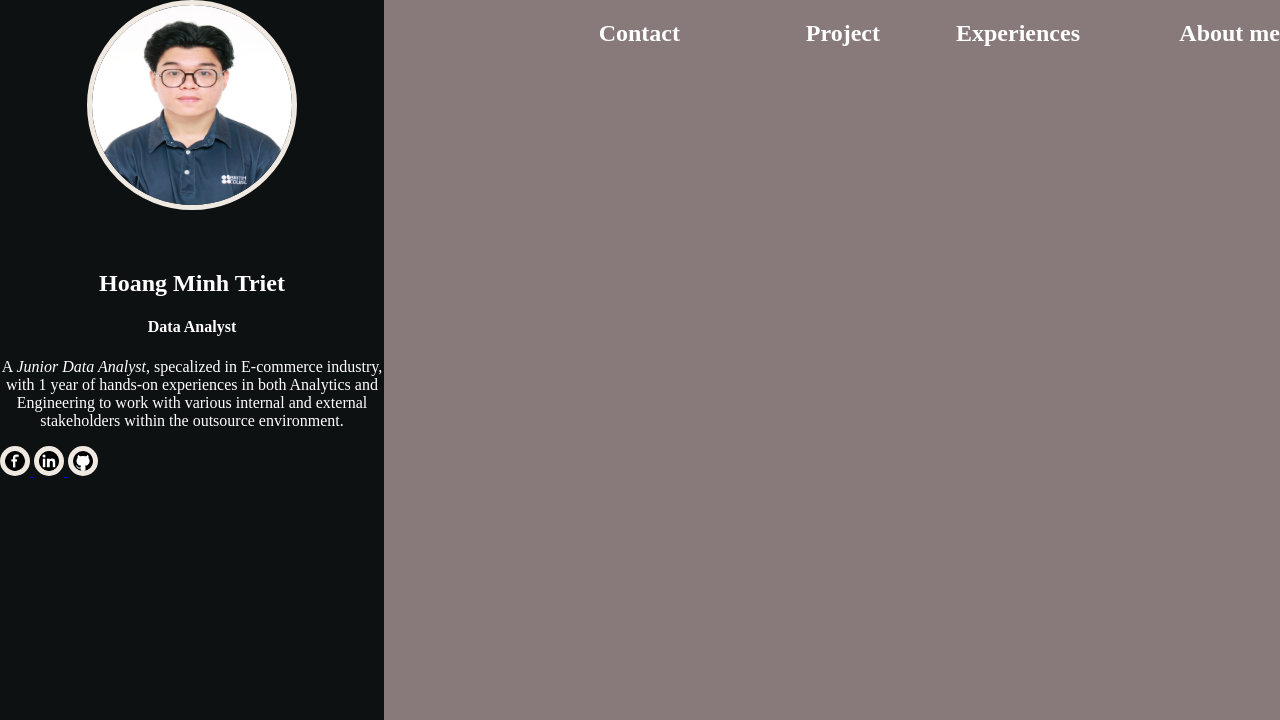
Repository: MinnTrit/personal_website
Page: http://localhost/
An editor plug-in stored every save of this project. The page is shown before and after the next save, followed by the edit.
The browser window is 1280 px wide. The pictures show the whole page.
The page is served by the project's application, run on Flask 3 (app.py).

Above is the page before, as saved 2025-01-28 23:53:15.

### templates/index.html
<!DOCTYPE html>
<html lang="en">
<head>
    <meta charset="UTF-8">
    <meta name="viewport" content="width=device-width, initial-scale=1.0">
    <link rel="stylesheet" href="{{ url_for('static', filename='css/styles.css') }}">
    <title>Data Engineer - Hoang Minh Triet</title>
</head>
<body>
    <div class="sections">
        <section class="aboutMe">
            <h2>About me</h2>
        </section>
        <section class="experiences">
            <h2>Experiences</h2>
        </section>
        <section class="projects">
            <h2>Project</h2>
        </section>
        <section class="contact">
            <h2>Contact</h2>
        </section>
    </div>
    <div class="picture">
        <img src="{{ url_for('static', filename='imgs/personal_image.jpg') }}" alt="personalImage">
        <div class="pictureText">
            <h2>Hoang Minh Triet</h2>
            <h4>Data Analyst</h4>
            <p>A <em>Junior Data Analyst</em>, specalized in E-commerce industry, with 1 year of hands-on experiences in both Analytics and Engineering to work with various internal and external stakeholders within the outsource environment.</p>
        </div>
        <div class="information">
            <a href="https://www.facebook.com/minhtriet05042003/" target="_blank">
                <img class="facebook" src="{{ url_for('static', filename='imgs/facebook.jpg') }}" alt="facebook">
            </a>
            <a href="https://www.linkedin.com/in/minchit0504/" target="_blank">
                <img class="linkedin" src="{{ url_for('static', filename='imgs/linkedin-logo.png') }}" alt="linkedin">
            </a>
            <a href="https://www.linkedin.com/in/minchit0504/" target="_blank">
                <img class="github" src="{{ url_for('static', filename='imgs/github.png') }}" alt="github">
            </a>
        </div>
    </div>
</body>
</html>

### app.py
from flask import Flask, request, render_template
app = Flask(__name__)
app.debug=True
#Initialize common variables
@app.route('/', methods=['GET', 'POST'])
def index():
    if request.method == 'GET':
        return render_template('index.html')

if __name__ == '__main__':
    app.run(host='0.0.0.0', port=5002, debug=True)

### static/css/styles.css
html, body {
    height: 100%;
    margin: 0;
    color: white;
}

.picture {
    background-color:#0e1111;
    width: 30%;
    height: 100%;
}

.picture img {
    display: block;
    width: 200px;
    height: 200px;
    margin-left: auto;
    margin-right: auto;
    border-radius: 50%;
    border: 5px solid;
    border-color:#efe9e2;
}

.picture .pictureText {
    margin-top: 60px;
    text-align: center;
}

.sections {
    position: absolute;
    top: 0;
    right: 0;
    background-color:#887a7a;
    width: 70%;
    height: 100%;
}

.aboutMe {
    position: absolute;
    right: 0px;
}

.experiences {
    position: absolute;
    right: 200px;
}

.projects {
    position: absolute;
    right: 400px;
}

.contact {
    position: absolute;
    right: 600px;
}

.picture .information {
    margin-top: auto;
    margin-left: auto;
    margin-right: auto;
    margin-bottom: auto;
}

.information img {
    width: 20px;
    height: 20px;
    display: inline-block;
}

/* .information .facebook {
    position: absolute;
    border-radius: 60%;
    width: 30px;
    height: 30px;
    top: 220px;
    left: 100px;
    border: 1px solid;
    border-color: white;
}

.information .linkedin {
    position: absolute;
    border-radius: 60%;
    width: 30px;
    height: 30px;
    top: 220px;
    left: 50px;
    border: 1px solid;
    border-color: white;
}

.information .github {
    position: absolute;
    border-radius: 60%;
    width: 30px;
    height: 30px;
    top: 220px;
    left: 150px;
    border: 1px solid;
    border-color: white;
} */

After the next save:
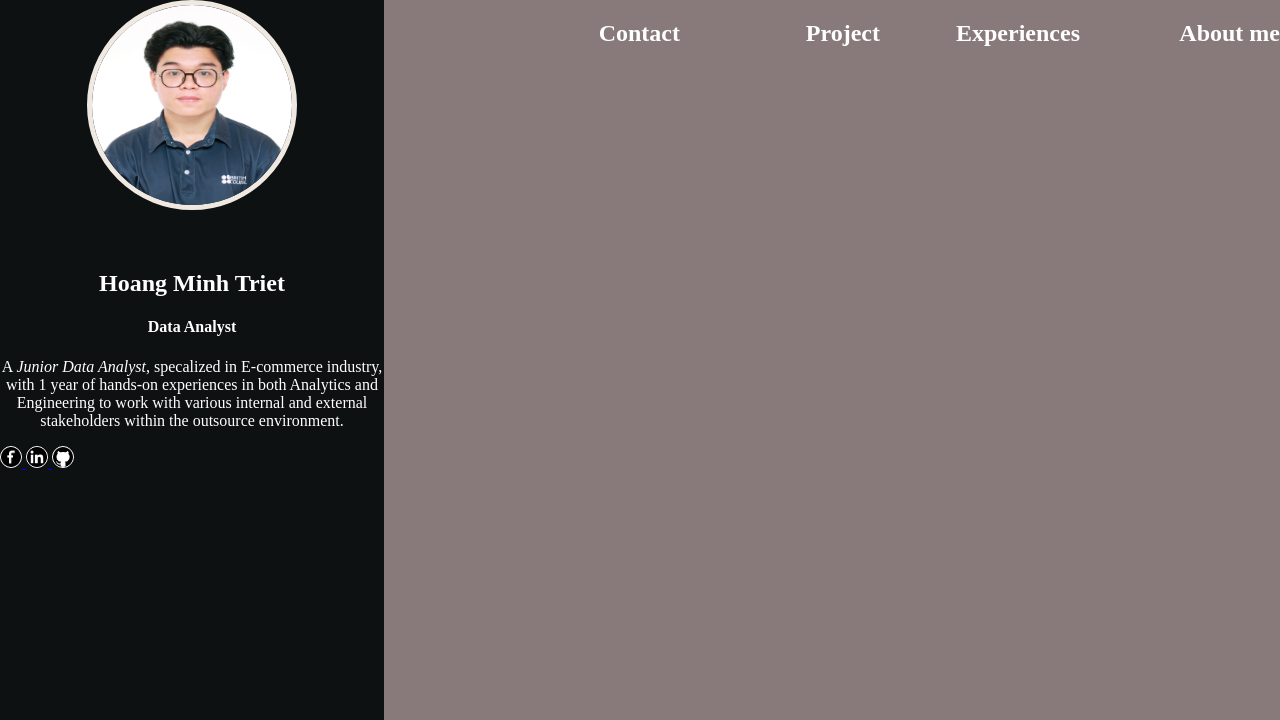
Saved 48 s later.
--- a/static/css/styles.css
+++ b/static/css/styles.css
@@ -56,16 +56,15 @@ html, body {
 }
 
 .picture .information {
-    margin-top: auto;
-    margin-left: auto;
-    margin-right: auto;
-    margin-bottom: auto;
+
 }
 
 .information img {
     width: 20px;
     height: 20px;
     display: inline-block;
+    border: 1px solid;
+    border-color: white;
 }
 
 /* .information .facebook {
